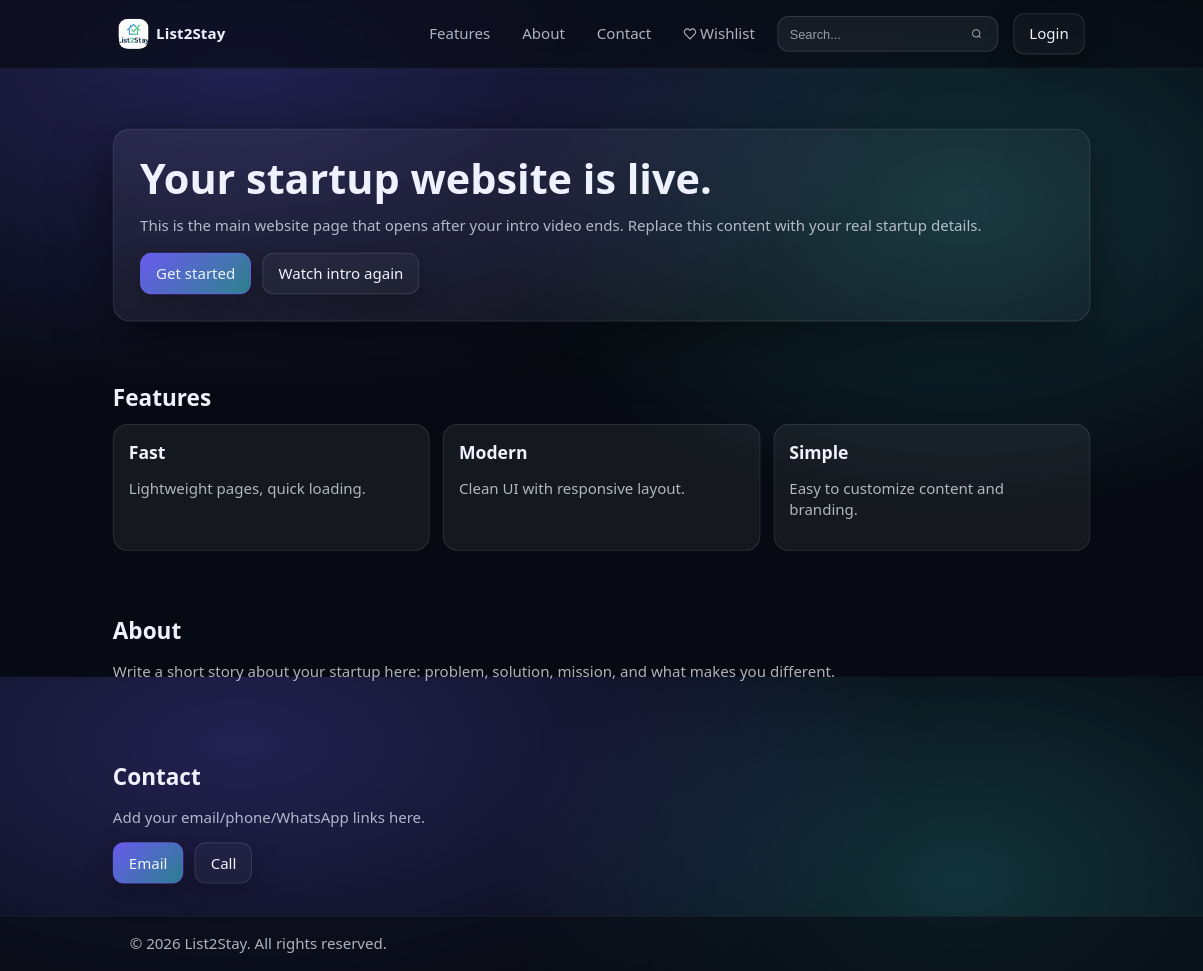
Repository: swapnilprajapati91/list2stay
Page: home.html
An editor plug-in stored every save of this project. The page is shown before and after the next save, followed by the edit.
The browser window is 1280 px wide. The pictures show the whole page, at 94% of full size.

Above is the page before, as saved 2026-01-24 19:47:00.

After the next save:
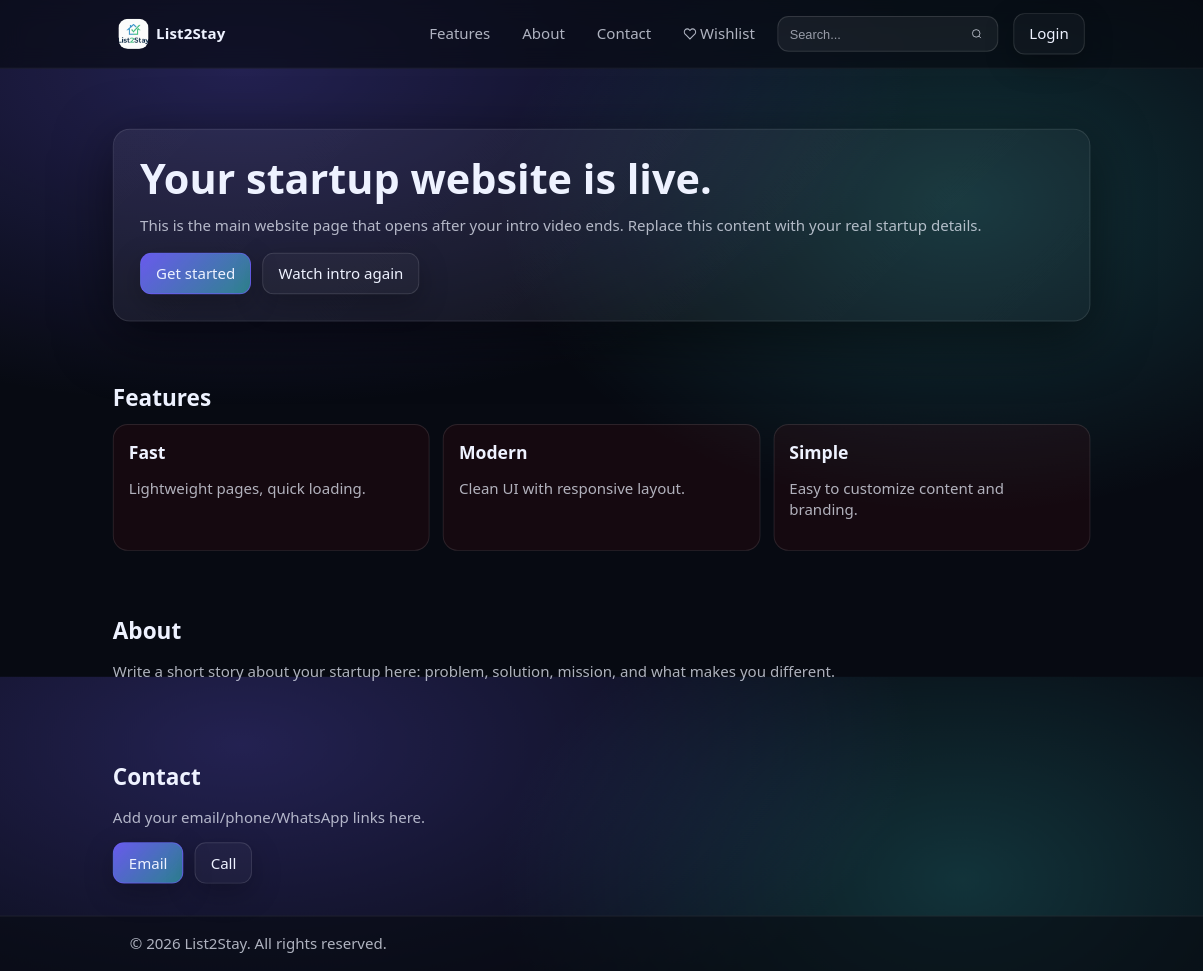
Saved 26 min 20 s later.
--- a/styles.css
+++ b/styles.css
@@ -2,7 +2,7 @@
   --bg: #070A12;
   --fg: #EEF2FF;
   --muted: rgba(238, 242, 255, 0.72);
-  --card: rgba(255,255,255,0.06);
+  --card: rgba(247, 15, 15, 0.06);
   --stroke: rgba(255,255,255,0.12);
   --primary: #6D5EF6;
   --primary2:#3DD7D9;

After the save that followed:
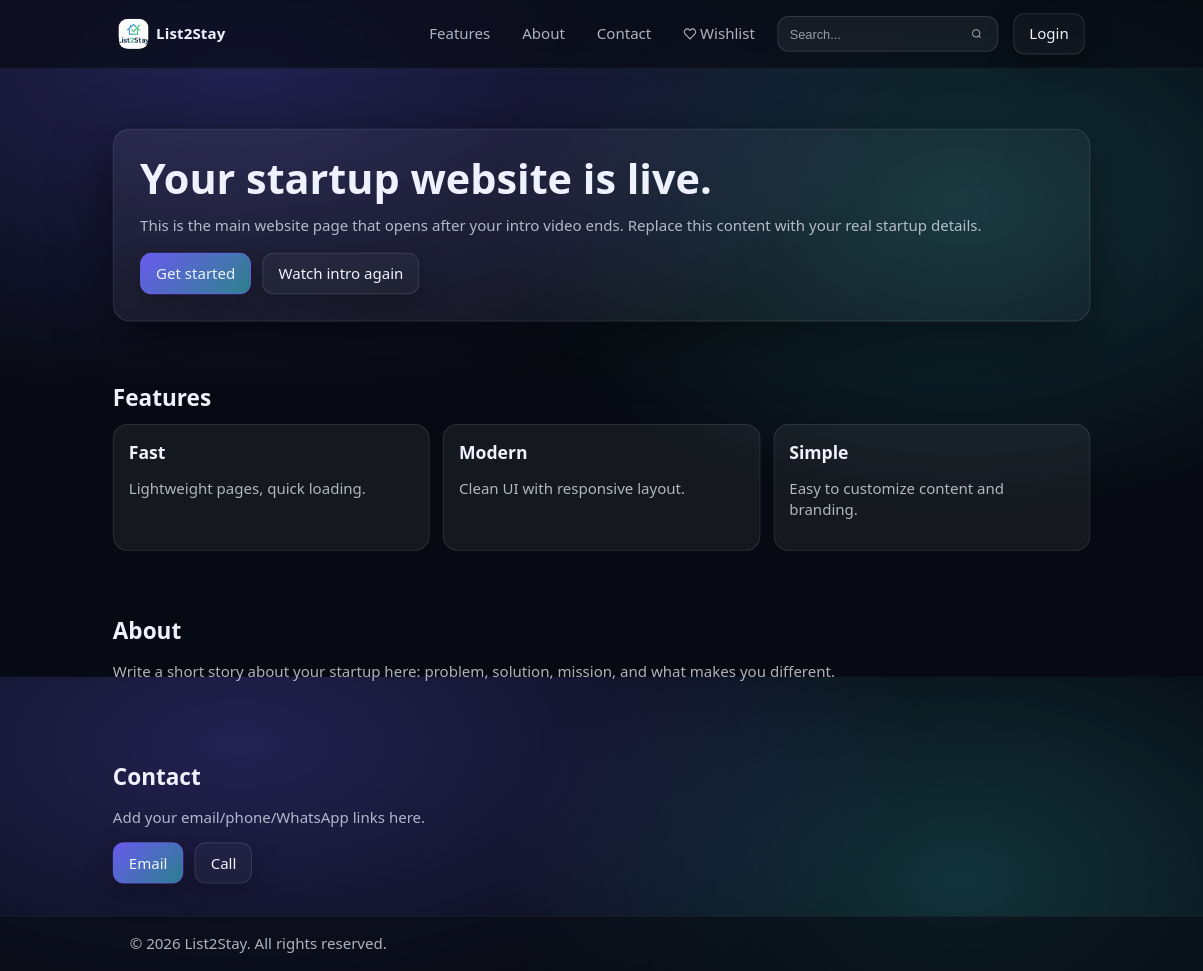
Saved 15 s later.
--- a/styles.css
+++ b/styles.css
@@ -2,7 +2,7 @@
   --bg: #070A12;
   --fg: #EEF2FF;
   --muted: rgba(238, 242, 255, 0.72);
-  --card: rgba(247, 15, 15, 0.06);
+  --card: rgba(255,255,255,0.06);
   --stroke: rgba(255,255,255,0.12);
   --primary: #6D5EF6;
   --primary2:#3DD7D9;
